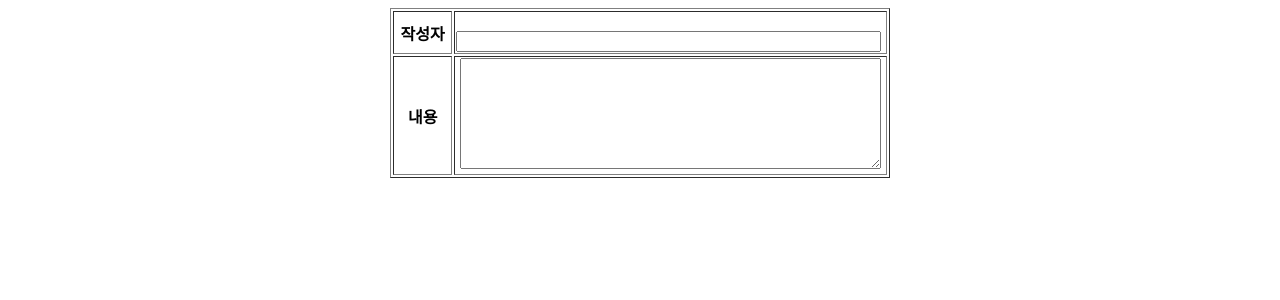
Repository: seminocoe/JSP_STUDY
Page: ServletProject/src/main/webapp/bbs/write.html
The author's editor kept a copy of each file at every save. The page is drawn from the files as they stood at one save, then again after the next save.
The browser window is 1280 px wide. The pictures show the whole page.

Above is the page before, as saved 2022-07-27 05:15:22.

### ServletProject/src/main/webapp/bbs/write.html
<!DOCTYPE html>
<html>
<head>
<meta charset="UTF-8">
<title>방명록</title>
</head>
<body>
<form action="" method="post">
	<table width ="500" border="1" align="center">

		<tr>
			<th width = "70">작성자</th>
			<td width = " 430">&nbsp;
			<input type = "text" name ="writer" size = "50"></td>
		</tr>

		<tr>
			<th>내용</th>
			<td>
				&nbsp;<textarea rows="7" cols="50" name = "memo"></textarea>
			</td>
		</tr>

	</table>
</form>
</body>
</html>

After the next save:
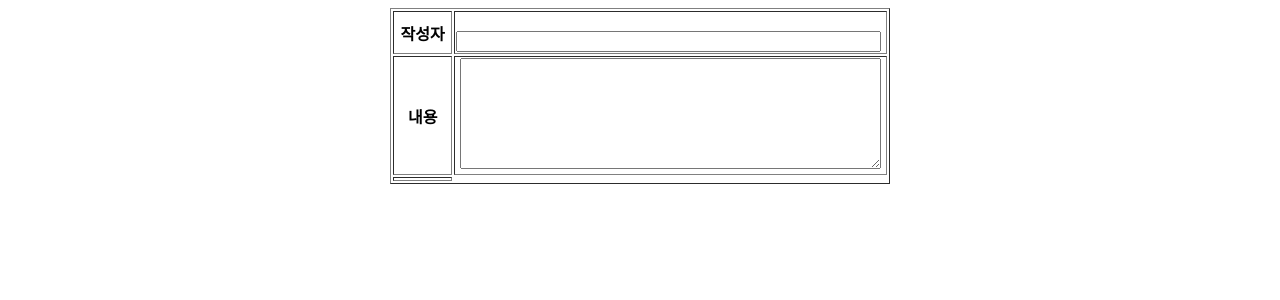
Saved 57 s later.
--- a/ServletProject/src/main/webapp/bbs/write.html
+++ b/ServletProject/src/main/webapp/bbs/write.html
@@ -21,6 +21,12 @@
 			</td>
 		</tr>
 
+		<tr>
+			<td>
+
+			</td>
+		</tr>
+
 	</table>
 </form>
 </body>
